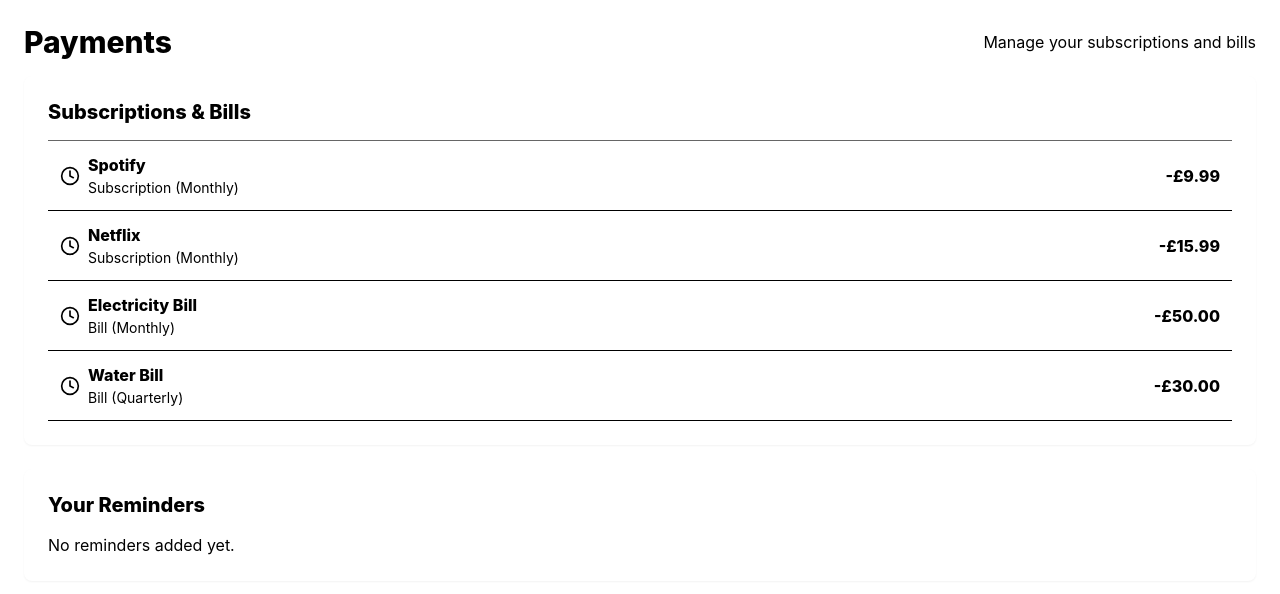
Repository: ellamcmorrow/banking-reminder
Page: /bill-reminder
These files come from the project's save history. The page is drawn as it stood at one moment and after a run of saves; the edit follows.
The browser window is 1280 px wide. The pictures show the whole page.
The project was rebuilt for these pictures with package versions that can differ from the ones it lists, and the page was loaded fresh each time. The framework's server and built-in components were replaced by stand-ins that run in the browser. Also part of the build but not shown: next.config.js.

Above is the page before, as saved 2024-12-01 19:26:02.

After the next 6 saves:
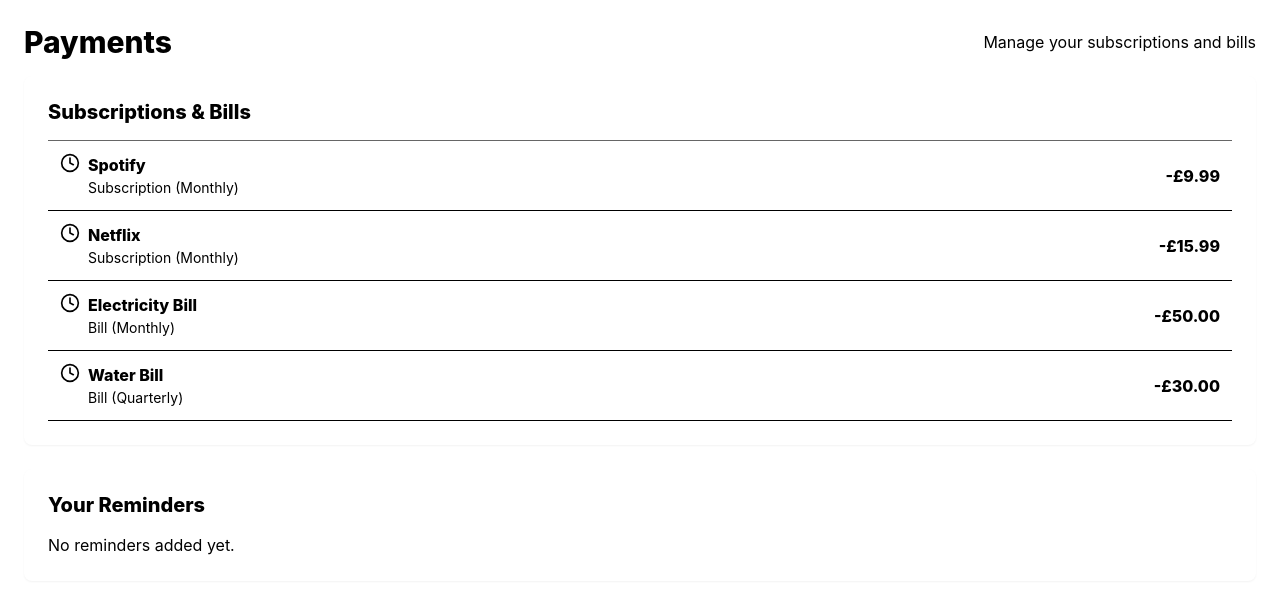
The 6 saves are shown as one change because they came seconds apart.
The last was saved 34 s later.
--- a/src/pages/bill-reminder.tsx
+++ b/src/pages/bill-reminder.tsx
@@ -146,7 +146,7 @@ export default function ReminderPage() {
             p={3}
           >
             <HStack>
-              <Icon as={FiClock} boxSize={5} color="black" />
+              <Icon as={FiClock} boxSize={5} color="black" alignSelf={"flex-start"}/>
               <VStack align="start" spacing={0}>
                 <Text fontWeight="bold" color="black">
                   {payment.name}
